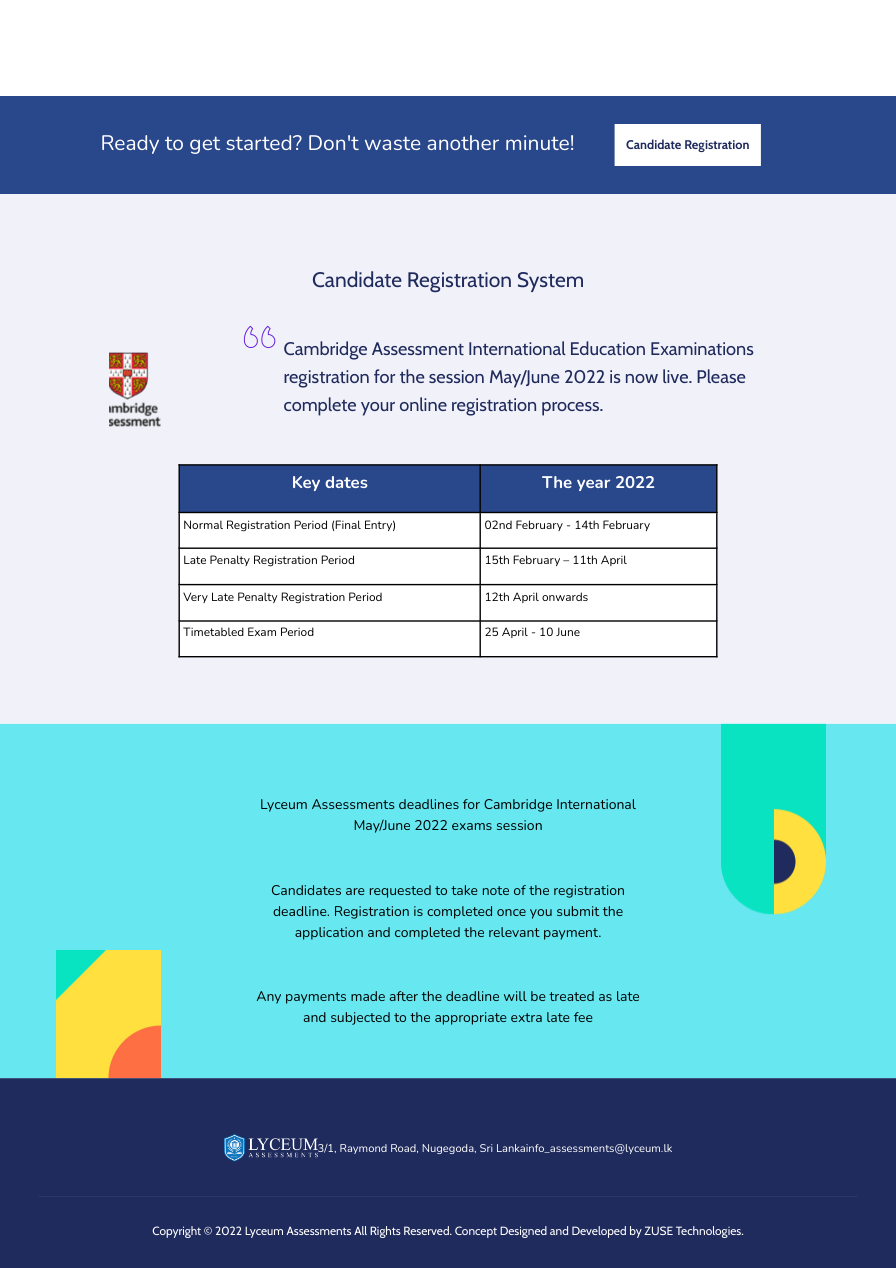
Repository: AXUSLK/LyceumAssessments-HTML
Page: index.html
The author's editor kept a copy of each file at every save. The page is drawn from the files as they stood at one save, then again after the next save.
The browser window is 1280 px wide. The pictures show the part of the page from y = 2663 to 4583 px (the page is 4475 px tall before and 4583 px after), at 70% of full size.
Backgrounds fixed to the window are drawn as part of the page. Some web libraries are served in a nearby version.

Above is the page before, as saved 2022-01-31 15:16:05.

### index.html
<!DOCTYPE html>
<html lang="en">

<head>
	<!-- set the encoding of your site -->
	<meta charset="utf-8">
	<meta name="viewport" content="width=device-width, initial-scale=1.0">
	<!-- set the page title -->
	<title>Lyceum Assessments is a fully owned subsidiary of the Lyceum Group.</title>
	<!-- inlcude google cabin font cdn link -->
	<link
		href="https://fonts.googleapis.com/css2?family=Cabin:ital,wght@0,400;0,500;0,600;0,700;1,400;1,500;1,600;1,700&display=swap"
		rel="stylesheet">
	<!-- inlcude google nunito font cdn link -->
	<link
		href="https://fonts.googleapis.com/css2?family=Nunito:ital,wght@0,300;0,400;0,600;0,700;1,300;1,400;1,600;1,700&display=swap"
		rel="stylesheet">
	<!-- include the site bootstrap stylesheet -->
	<link rel="stylesheet" href="css/bootstrap.css">
	<!-- include the site stylesheet -->
	<link rel="stylesheet" href="style.css">
	<!-- include theme color setting stylesheet -->
	<link rel="stylesheet" href="css/colors.css">
	<!-- include the site responsive stylesheet -->
	<link rel="stylesheet" href="css/responsive.css">
</head>

<body>
	<!-- pageWrapper -->
	<div id="pageWrapper">
		<div class="phStickyWrap">

			<!-- pageHeader -->
			<header id="pageHeader" class="w-100 headerFixer">
				<div class="container">
					<!-- hdHolder -->
					<div class="hdHolder position-relative pt-2 pb-2 pt-lg-4 pb-lg-4 pt-xl-7 pb-xl-7">
						<div class="row">
							<div class="col-4 col-md-2">
								<!-- logo -->
								<div class="logo mt-1">
									<a href="javascript:void(0);">
										<img src="images/LYA__LOGO.png" class="img-fluid" alt="">
									</a>
								</div>
							</div>
							<div class="col-8 col-md-10 position-static">
								<!-- pageNav -->
								<nav id="pageNav"
									class="navbar navbar-expand-md navbar-dark justify-content-end p-0 align-items-start position-static">
									<!-- pageMainNavCollapse -->
									<div class="collapse navbar-collapse pageMainNavCollapse justify-content-end"
										id="pageMainNavCollapse">
										<!-- mainNavigation -->
										<ul class="navbar-nav mainNavigation fwSemi pt-md-2">
											<li class="nav-item">
												<a class="nav-link" href="#pageWrapper">Home <span
														class="sr-only">(current)</span></a>
											</li>
											<li class="nav-item">
												<a class="nav-link" href="#scrollToAbout">About Us</a>
											</li>
											<li class="nav-item">
												<a class="nav-link" href="#scrollToWhy">Why?</a>
											</li>
											<li class="nav-item">
												<a class="nav-link" href="#scrollToCambridge">Cambridge</a>
											</li>
											<li class="nav-item">
												<a class="nav-link" href="#scrollToContact">Contact Us</a>
											</li>
										</ul>
									</div>
									<!-- hdBtn -->
									<a href="javascript:void(0);"
										class="btn btn-info font-weight-normal text-capitalize hdBtn ml-md-3 ml-md-6 ml-lg-12 position-relative border-0 p-0"
										data-hover="Get Started">
										<span class="d-block btnText">Candidate Registration </span>
									</a>
									<!-- pageNavOpener -->
									<button class="navbar-toggler pageNavOpener ml-3" type="button"
										data-toggle="collapse" data-target="#pageMainNavCollapse"
										aria-controls="pageMainNavCollapse" aria-expanded="false"
										aria-label="Toggle navigation">
										<span class="navbar-toggler-icon"></span>
									</button>
								</nav>
							</div>
						</div>
					</div>
				</div>
			</header>
		</div>

		<main>

			<!-- Header -->
			<section class="introBlock d-flex w-100 position-relative text-white bg-secondary">
				<div class="w-100 d-flex align-items-center">
					<!-- ibHolder -->
					<div class="w-100 position-relative ibHolder py-19 py-md-23 py-xl-29">
						<div class="container">
							<div class="row align-items-center">
								<div class="col-12 col-md-6">
									<div class="captionWrap position-relative">
										<div class="wow fadeInUp" data-wow-delay="0.5s">
											<h1 class="text-white font-weight-bold mb-5"> The best route for your
												education
											</h1>
										</div>
										<div class="wow fadeInUp" data-wow-delay="1s">
											<p>Don't waste another minute, concentrate on your studies!</p>
										</div>
										<div class="wow fadeInUp" data-wow-delay="1.5s">
											<a href="#scrollToWhy"
												class="btn btn-info btnMin align-top mt-6 p-0 border-0 position-relative"
												data-hover="Why Us?">
												<span class="d-block btnText">Why?</span>
											</a>
										</div>
									</div>
								</div>
								<div class="col-12 col-md-6 d-none d-md-block imageWrap wow bounceInRight"
									data-wow-delay="2s">
									<!-- imgHolder -->
									<div class="imgHolder pl-7 pl-xl-12 position-relative">
										<img src="./images/header.png">
									</div>
								</div>
							</div>
						</div>
					</div>
				</div>
				<!-- svgBg -->
				<svg class="svgBg">
					<defs>
						<clipPath id="path01" clipPathUnits="objectBoundingBox">
							<path d="M 1 0 L 0.93 0 C 0.7 0.18 0.77 0.26 0.51 0.34 Q 0.36 0.38 0.52 1 L 1 1 Z"></path>
						</clipPath>
					</defs>
					<rect width="100%" height="100%" style="clip-path: url(#path01);" fill="#7730ef"></rect>
				</svg>
				<!-- ibBgPattern -->
				<span class="position-absolute w-100 h-100 ibBgPattern"
					style="background-image: url(images/bgShapes01.png);"></span>
			</section>

			<!-- Partners -->
			<aside class="sponsorsAside position-relative text-center">
				<div class="container">
					<div class="bg-white mt-n12 mt-md-n15 shadow-lg py-4 py-md-7">
						<!-- logosSlider -->
						<div class="logosSlider">

							<!-- slide -->
							<div>
								<!-- logoWrap -->
								<div class="logoWrap">
									<img src="images/lyceum_school.png" class="img-fluid" alt="stylus">
								</div>
							</div>
							<!-- slide -->
							<div>
								<!-- logoWrap -->
								<div class="logoWrap">
									<img src="images/lyceum_placements.png" class="img-fluid" alt="drkht">
								</div>
							</div>
							<!-- slide -->
							<div>
								<!-- logoWrap -->
								<div class="logoWrap">
									<img src="images/lyceum_assessments.png" class="img-fluid" alt="Brook.">
								</div>
							</div>

						</div>
					</div>
				</div>
			</aside>

			<!-- About -->
			<div id="scrollToAbout" class="mt-md-n12 mt-lg-n14 pt-md-12 pt-lg-14">
				<!-- featureBlock -->
				<section class="featureBlock pt-8 pt-md-13 pt-lg-19 pt-xl-23">
					<div class="container">
						<!-- afColumn -->
						<article class="afColumn mb-7 mb-md-11 mb-lg-18">
							<div class="row align-items-center">
								<div class="col-12 col-md-6 wow slideInRight">
									<div class="extraWrap pl-md-7 pl-lg-14">
										<!-- titleWrap -->
										<header class="titleWrap">
											<h3 class="mb-5">About Lyceum Assessments</h3>
											<p>Lyceum Assessments is a fully owned subsidiary of the Lyceum Group. We
												are focusing on
												conducting, administering and offering competitive international and
												Lyceum examinations to
												students island-wide.
											</p>
											<p>
												Lyceum Assessments (Pvt) Limited was incorporated as a private limited
												company under the
												Companies Act of Sri Lanka on 27th July 2021.</p>
										</header>
										<!-- afTabsList -->
										<ul class="nav nav-tabs afTabsList border-0 fontAlter fwMedium mt-8" id="myTab"
											role="tablist">
											<li class="nav-item" role="presentation">
												<a class="nav-link active" id="analytics-tab" data-toggle="tab"
													href="#analytics" role="tab" aria-controls="analytics"
													aria-selected="true">Our Vision</a>
											</li>
											<li class="nav-item" role="presentation">
												<a class="nav-link" id="traffic-tab" data-toggle="tab" href="#traffic"
													role="tab" aria-controls="traffic" aria-selected="false">Our
													Mission</a>
											</li>
										</ul>
										<!-- myTabContent -->
										<div class="tab-content" id="myTabContent">
											<div class="tab-pane fade show active" id="analytics" role="tabpanel"
												aria-labelledby="analytics-tab">
												<div class="mtctWrap overflow-hidden pt-5">
													<p>To become the market leader in the administration of assessments
														in the region.</p>
												</div>
											</div>
											<div class="tab-pane fade" id="traffic" role="tabpanel"
												aria-labelledby="traffic-tab">
												<div class="mtctWrap overflow-hidden pt-5">
													<p>To provide the expertise required to assess learning at different
														levels of education by making
														globally recognized awards and qualifications accessible &
														affordable to all while ensuring
														international quality standards.</p>
												</div>
											</div>
										</div>
									</div>
								</div>

								<div class="col-12 col-md-6 wow slideInLeft">
									<!-- imgHolder -->
									<div class="imgHolder position-relative mx-auto mb-4 mb-md-0">
										<img src="./images/about.png" class="img-fluid" alt="image description">
										<!-- bgPattern -->
										<span class="bgPattern position-absolute"
											style="background-image: url(images/bgShapes03.png);"></span>
									</div>
								</div>
							</div>
						</article>
					</div>
				</section>
			</div>

			<!-- allFeatBlock -->
			<section id="scrollToWhy" class="allFeatBlock pb-3 pb-lg-10 pb-xl-14">
				<div class="container">
					<!-- afColumnsWrap -->
					<div class="afColumnsWrap">
						<!-- afColumn -->
						<article class="afColumn mb-7 mb-md-11 mb-lg-18">
							<div class="row align-items-center">
								<div class="col-12 col-md-6 wow slideInLeft">
									<!-- imgHolder -->
									<div class="imgHolder position-relative mx-auto mb-4 mb-md-0">
										<img src="./images/lyceum_group.png" class="img-fluid" alt="image description">
										<!-- bgPattern -->
										<span class="bgPattern position-absolute"
											style="background-image: url(images/bgShapes03.png);"></span>
									</div>
								</div>
								<div class="col-12 col-md-6 wow slideInRight">
									<div class="extraWrap pl-md-7 pl-lg-14">
										<!-- titleWrap -->
										<header class="titleWrap">
											<h3 class="mb-5">The Lyceum Group</h3>
										</header>
										<p>
										<p>Lyceum group allows the students to grow with international ideals and
											character, in a multi-ethnic, multi-cultural and multi-religious, school
											environment. Academic and co-curricular programmes conducted by Lyceum
											International Schools, fully complying with international standards.</p>
										<p>The Honourable Dr. Mohan Lal Grero, a visionary educator founded Lyceum
											International Schools in 1993 to provide English medium education up to
											Grade 12. The school is non-profit organization, which is co-educational and
											committed to the pursuit of excellence in teaching and learning in the
											English medium, which is accessible and affordable to all within the
											socio-cultural environment of Sri Lanka.</p>
										<p>Lyceum Placements and Lyceum Assessments are the latest additions to the
											Lyceum Group</p>
										</p>
									</div>
								</div>
							</div>
						</article>
						<!-- afColumn -->
						<article class="afColumn mb-7 mb-md-11 mb-lg-18">
							<div class="row align-items-center">
								<div class="col-12 col-md-6 wow slideInLeft">
									<!-- imgHolder -->
									<div class="imgHolder position-relative mx-auto mb-4 mb-md-0">
										<img src="./images/cambridge.png" class="img-fluid" alt="image description">
										<!-- bgPattern -->
										<span class="bgPattern position-absolute"
											style="background-image: url(images/bgShapes03.png);"></span>
									</div>
								</div>
								<div class="col-12 col-md-6 wow slideInRight">
									<div class="extraWrap pr-md-7 pr-lg-14">
										<!-- titleWrap -->
										<header class="titleWrap">
											<h3 class="mb-5">Cambridge International Examinations</h3>
											<p>
											<p>Cambridge Assessment International Education prepares school students for
												life, helping them develop an informed curiosity and a lasting passion
												for learning.</p>
											<p>Cambridge international qualifications are recognized by the
												world&rsquo;s best universities and employers, giving students a wide
												range of options in their education and career. As a not-for-profit
												organization, Cambridge devotes their resources to delivering
												high-quality educational programs that can unlock learners' potential.
											</p>
											</p>
										</header>

									</div>
								</div>
							</div>
						</article>
					</div>
				</div>
			</section>

			<!-- tryPetAside -->
			<aside class="tryPetAside text-center text-white py-5 py-lg-8 wow pulse">
				<div class="container">
					<p class="mb-0">Ready to get started? Don't waste another minute! <a href="javascript:void(0);"
							class="btn btnWhite mt-3 mt-md-0 mx-md-4 mx-lg-10 btnMin p-0 border-0 position-relative"
							data-hover="Try it"><span class="d-block btnText">Candidate Registration</span></a></p>
				</div>
			</aside>

			<div id="scrollToCambridge" class="mt-md-n12 mt-lg-n14 pt-md-12 pt-lg-14 wow fadeIn" data-wow-delay="1s">
				<!-- testimonialsBlock -->
				<article
					class="testimonialsBlock bg-light pt-7 pb-5 pt-md-9 pb-md-7 pt-lg-14 pb-lg-12 pt-xl-21 pb-xl-19">
					<div class="container">
						<header class="text-center mb-8">
							<h2 class="h4 font-weight-normal">Candidate
								Registration System</h2>
						</header>
						<div class="row">
							<div class="col-12 col-md-10 offset-md-1">
								<!-- quotesSlider -->
								<div class="quotesSlider">
									<div>
										<!-- clientQuote -->
										<blockquote
											class="clientQuote fontAlter position-relative text-primary pt-25 pt-sm-0 pl-sm-40 pl-xl-50 mb-0">
											<q class="d-block position-relative mb-7 pt-4 pl-12 pl-sm-0">Cambridge
												Assessment International Education Examinations registration for the
												session May/June
												2022 is now live. Please complete your online registration
												process. </q>
											<cite class="d-block pl-12 pl-sm-0">
												<!-- profilePicWrap -->
												<span
													class="profilePicWrap position-absolute overflow-hidden rounded-circle">
													<img src="./images/cambridge_logo.png"
														class="img-fluid w-100 h-100 imgFit rounded-circle"
														alt="Donald Salvor || Global Initiative">
												</span>

											</cite>
										</blockquote>
									</div>
								</div>
							</div>
						</div>
						<div class="row">
							<div class="col-md-2"></div>
							<div class="col-md-8">
								<table class="infoTable">
									<tbody>
										<tr>
											<th width="298">
												<p><strong>Key dates</strong></p>
											</th>
											<th width="234">
												<p><strong>The year 2022</strong></p>
											</th>
										</tr>
										<tr>
											<td width="298">
												<p>Normal Registration Period (Final Entry)</p>
											</td>
											<td width="234">
												<p>02nd February - 14th February</p>
											</td>
										</tr>
										<tr>
											<td width="298">
												<p>Late Penalty Registration Period</p>
											</td>
											<td width="234">
												<p>15th February &ndash; 11th April</p>
											</td>
										</tr>
										<tr>
											<td width="298">
												<p>Very Late Penalty Registration Period</p>
											</td>
											<td width="234">
												<p>12th April onwards</p>
											</td>
										</tr>
										<tr>
											<td width="298">
												<p>Timetabled Exam Period</p>
											</td>
											<td width="234">
												<p>25 April - 10 June</p>
											</td>
										</tr>
									</tbody>
								</table>
							</div>
							<div class="col-md-2"></div>

						</div>

					</div>
				</article>
			</div>

			<!-- getStartedAside -->
			<aside
				class="getStartedAside textMedium position-relative d-flex w-100 bg-info text-center overflow-hidden">
				<div class="d-flex w-100 gsaHolder align-items-center">
					<div class="w-100 py-7">
						<div class="container">
							<div class="row">
								<div
									class="col-12 col-md-10 offset-md-1 col-lg-8 offset-lg-2 col-xl-6 offset-xl-3 wow wobble">
									<!-- <h1 class="h1Medium fontBase font-weight-normal mb-4">Let us help you with your
										design hassles</h1> -->

									<div class="infoTableP">
										<p>&nbsp;</p>
										<p>Lyceum Assessments deadlines for Cambridge International May/June 2022 exams
											session</p>
										<p>&nbsp;</p>
										<p>Candidates are requested to take note of the registration deadline.
											Registration
											is completed once you submit the application and completed the relevant
											payment.
										</p>
										<p>&nbsp;</p>
										<p>Any payments made after the deadline will be treated as late and subjected to
											the
											appropriate extra late fee</p>
									</div>

								</div>
							</div>
						</div>
					</div>
				</div>
				<span class="bgPattern bgPatterni inaccessible position-absolute wow bounceInDown" data-wow-delay="1s">
					<img src="images/bgShapes05.png" class="img-fluid" alt="image description">
				</span>
				<span class="bgPattern bgPatternii inaccessible position-absolute  wow bounceInUp" data-wow-delay="1s">
					<img src="images/bgShapes04.jpg" class="img-fluid" alt="image description">
				</span>
			</aside>

		</main>

		<!-- Footer -->
		<div class="ftAreaWrap bg-primary text-gray777fa1 wow fadeIn" data-wow-delay="0.5s">
			<!-- footerAside -->
			<aside id="scrollToContact"
				class="footerAside pt-20 pt-md-10 pt-lg-16 pb-1 pb-md-4 position-relative text-center text-sm-left">
				<div style="display: flex; justify-content: center; align-items: center;">
					<!-- ftLogo -->
					<div class="ftLogo mb-6 mx-auto mx-md-0">
						<a href="javascript:void(0);">
							<img src="images/LYA__LOGO.png" class="img-fluid" alt="">
						</a>
					</div>

					<!-- ftAddress -->
					<address class="ftAddress text-center text-md-left mb-6 mt-6 mt-md-0">3/1, Raymond Road,
						Nugegoda, Sri Lanka</address>

					<address class="ftAddress text-center text-md-left mb-6 mt-6 mt-md-0">
						info_assessments@lyceum.lk</address>
				</div>
			</aside>
			<!-- pageFooter -->
			<footer id="pageFooter" class="text-center fontAlter">
				<div class="container">
					<!-- pfHolder -->
					<div class="pfHolder pt-7 pb-5">
						<p>Copyright © 2022 Lyceum Assessments All Rights
							Reserved. Concept Designed and Developed by
							<a target="_blank" href="https://zuse.lk/">ZUSE Technologies.</a>
						</p>
					</div>
				</div>
			</footer>
		</div>

	</div>
	<!-- include jQuery library -->
	<script src="js/jquery-3.4.1.min.js"></script>
	<!-- include bootstrap popper JavaScript -->
	<script src="js/popper.min.js"></script>
	<!-- include bootstrap JavaScript -->
	<script src="js/bootstrap.min.js"></script>
	<!-- include custom JavaScript -->
	<script src="js/jqueryCustom.js"></script>
	<!-- include fontAwesome -->
	<script src="https://kit.fontawesome.com/391f644c42.js"></script>
</body>

</html>

### css/colors.css
.btnTheme .btnText,
#pageHeader.fixedPosition,
.featColumn:before,
.tryPetAside,
.ftSocialNetworks > li > a:hover {
	background-color: #29478b;
}

.btnTheme:before,
.afDefList .icn,
.afTabsList .nav-link.active,
.clientQuote q:before,
.tickList > li:before {
	color: #6720df;
}

.btnTheme:before,
.btnTheme .btnText,
.afTabsList .nav-link.active {
	border-color: #6720df;
}

Loaded but not shown: css/bootstrap.css (library); js/jquery-3.4.1.min.js (library); js/popper.min.js (library); js/bootstrap.min.js (library); js/jqueryCustom.js (771 lines, source omitted); style.css (4752 lines, source omitted); css/responsive.css (209 lines, source omitted)

After the next save:
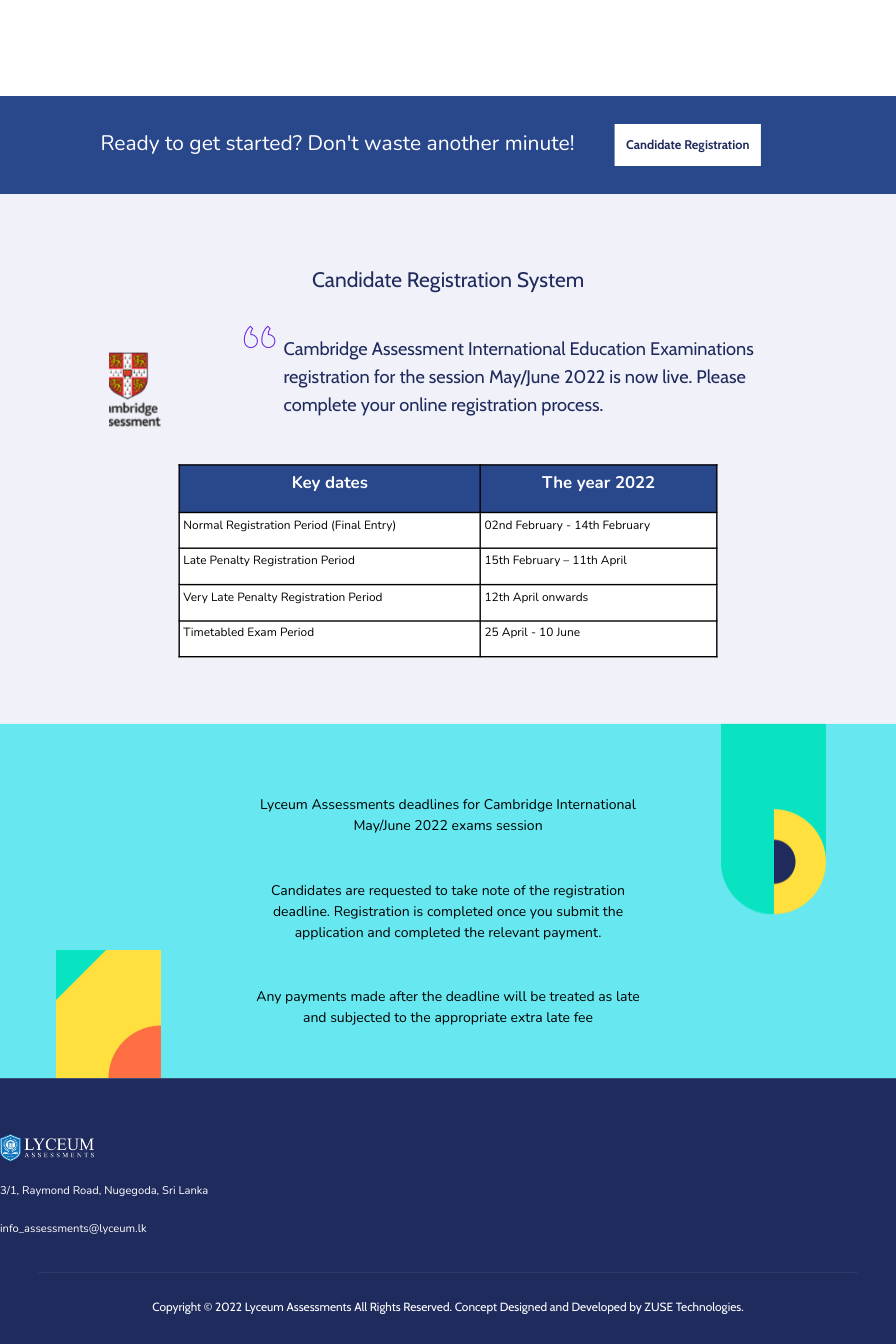
Saved 16 s later.
--- a/index.html
+++ b/index.html
@@ -484,7 +484,7 @@
 			<!-- footerAside -->
 			<aside id="scrollToContact"
 				class="footerAside pt-20 pt-md-10 pt-lg-16 pb-1 pb-md-4 position-relative text-center text-sm-left">
-				<div style="display: flex; justify-content: center; align-items: center;">
+				<div style="justify-content: center; align-items: center;">
 					<!-- ftLogo -->
 					<div class="ftLogo mb-6 mx-auto mx-md-0">
 						<a href="javascript:void(0);">
